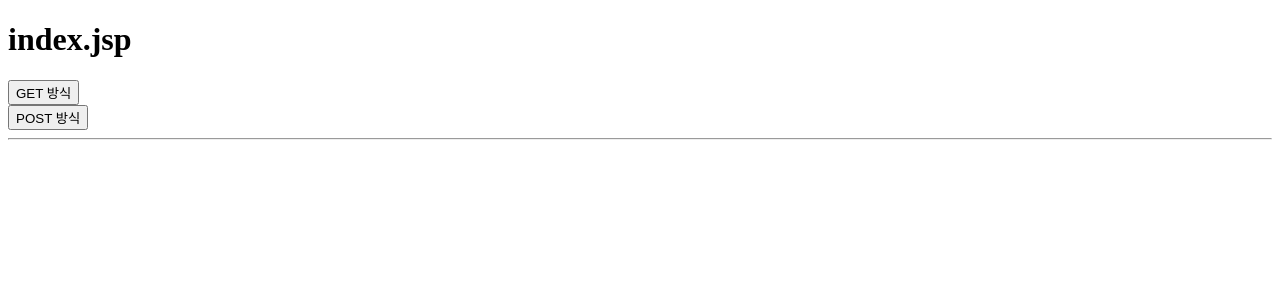
Repository: junesse-afk/ITJSP
Page: http://localhost/StudyJSP/
The author's editor kept a copy of each file at every save. The page is drawn from the files as they stood at one save, then again after the next save.
The browser window is 1280 px wide. The pictures show the whole page.
The page is served by Tomcat 10. Other server files are loaded and not shown.

Above is the page before, as saved 2024-11-26 06:25:23.

### workspace_jsp/StudyJSP/src/main/webapp/default.jsp
<%@ page language="java" contentType="text/html; charset=UTF-8"
    pageEncoding="UTF-8"%>
<!DOCTYPE html>
<html>
<head>
<meta charset="UTF-8">
<title>Insert title here</title>
</head>
<body>

	<h1>index.jsp</h1>

	<form action="myServlet1" method="get">
		<input type="submit" value="GET 방식">
	</form>

	<form action="myServlet2" method="POST">
		<input type="submit" value="POST 방식">
	</form>
	<hr>






</body>
</html>

After the next save:
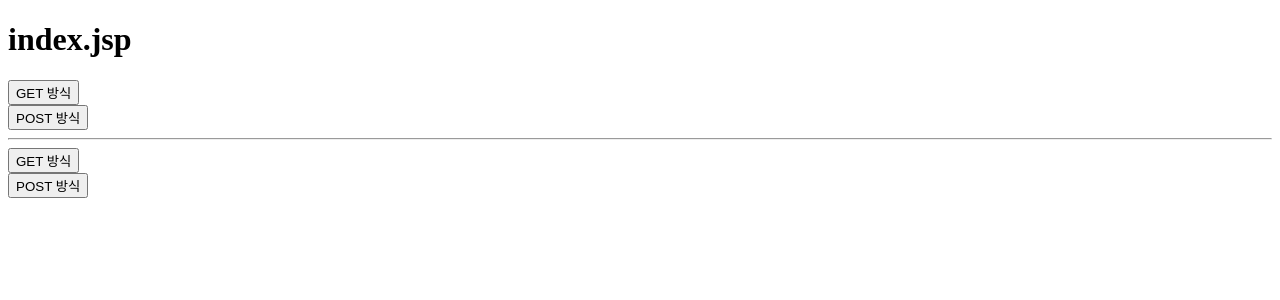
Saved 14 s later.
--- a/workspace_jsp/StudyJSP/src/main/webapp/default.jsp
+++ b/workspace_jsp/StudyJSP/src/main/webapp/default.jsp
@@ -18,8 +18,14 @@
 		<input type="submit" value="POST 방식">
 	</form>
 	<hr>
+	<%-- Servlet 연습 --%>
+	<form action="myServlet1" method="get">
+		<input type="submit" value="GET 방식">
+	</form>
 
-
+	<form action="myServlet2" method="POST">
+		<input type="submit" value="POST 방식">
+	</form>
 
 
 
